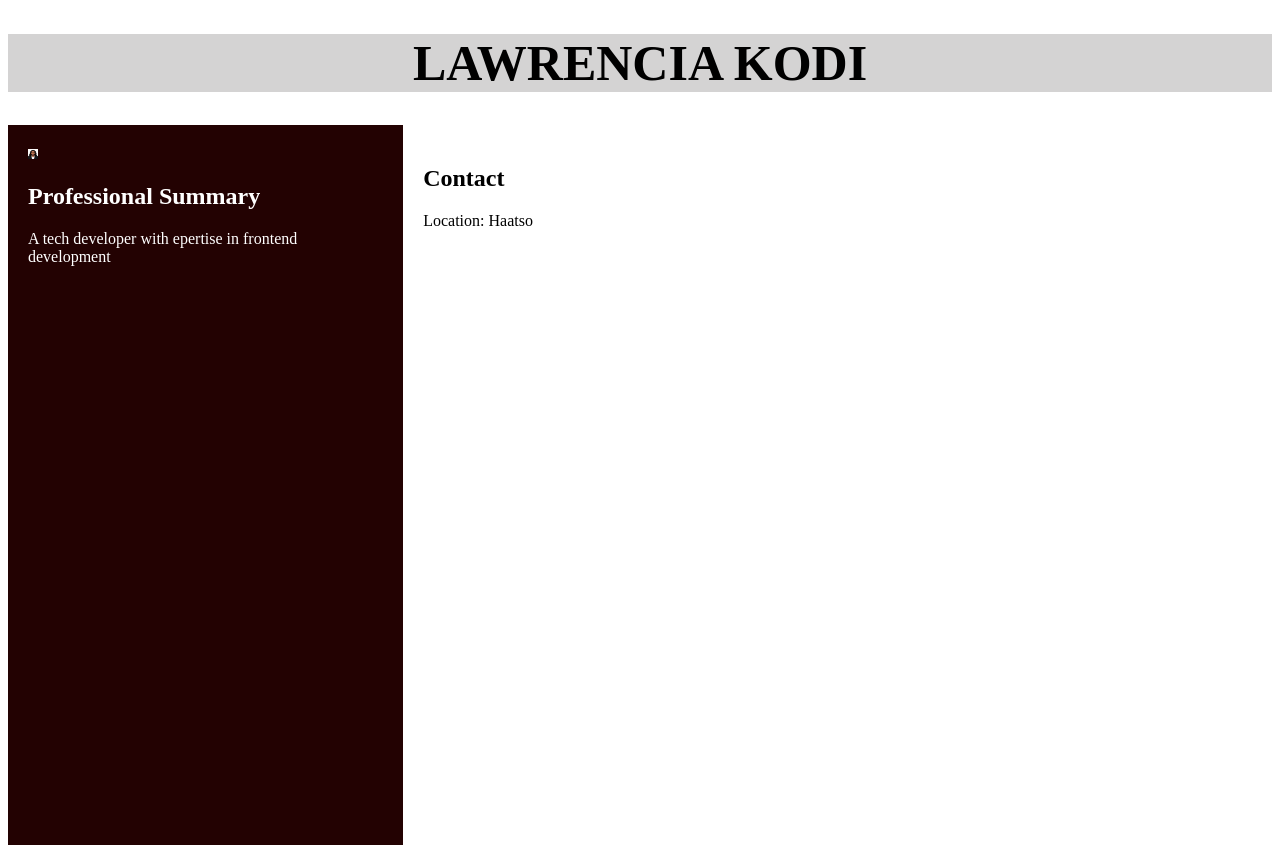
Repository: lawrencia-coder/T4G_CV
Page: index.html
An editor plug-in stored every save of this project. The page is shown before and after a run of saves, followed by the edit.
The browser window is 1280 px wide. The pictures show the whole page.
Some web libraries are served in a nearby version.

Above is the page before, as saved 2026-07-09 08:00:45.

After the next 3 saves:
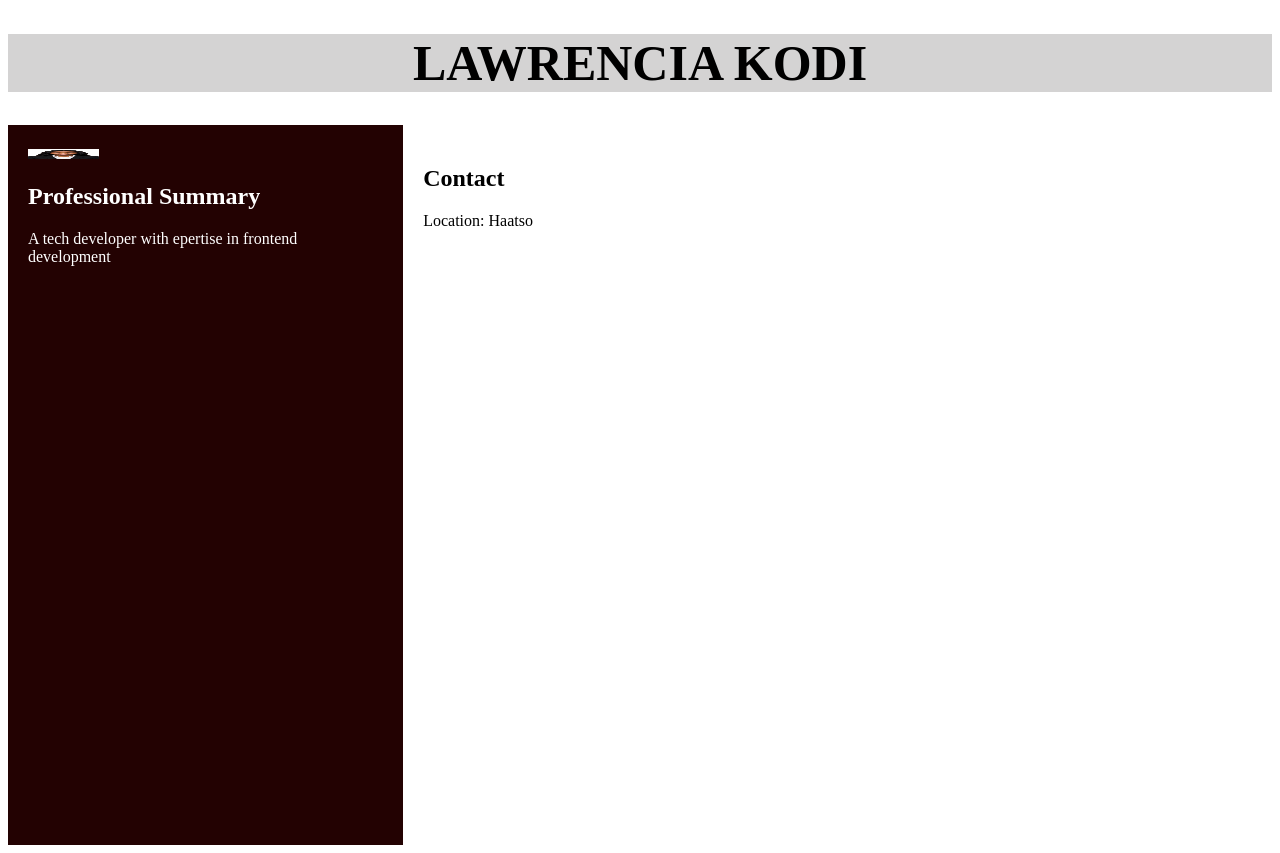
The 3 saves are shown as one change because they came seconds apart.
The last was saved 41 s later.
--- a/index.html
+++ b/index.html
@@ -11,7 +11,7 @@
     <h1>LAWRENCIA KODI</h1>
     <div class="cv-container">
         <div class="left-column">
-            <img src="images/passport pic 1.png" alt="" width="10px" height="10px">
+            <img src="images/passport pic 1.png" alt="" width="20%" height="10px">
             <h2>Professional Summary</h2>
               <p>A tech developer with epertise in frontend development</p>
         </div>
